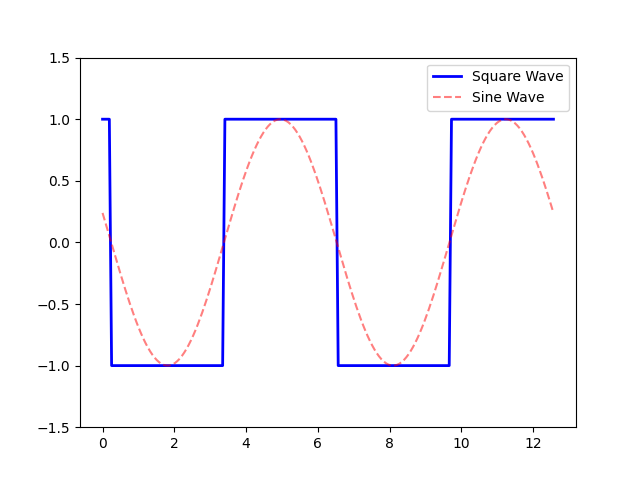
Repository: khulqu15/drone_smc_copppelia
Script's output: python py/realtime.py
The author's editor kept a copy of each file at every save. The script's output is drawn from the files as they stood at one save, then again after the next save.
Animations are shown at an early frame. Random numbers start from a fixed seed.

Above is the script's output before, as saved 2024-06-24 00:51:19.

After the next save:
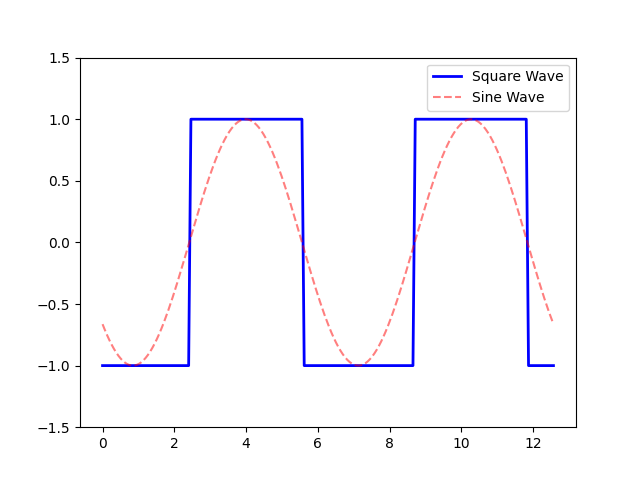
Saved 65 s later.
--- a/py/realtime.py
+++ b/py/realtime.py
@@ -19,7 +19,7 @@ ax.legend()
 frame = 0
 try:
     while True:
-        ys = np.sin(xs + frame / 10)
+        ys = np.sin(xs + frame)
         square_ys = np.sign(ys)
 
         line.set_ydata(square_ys)
